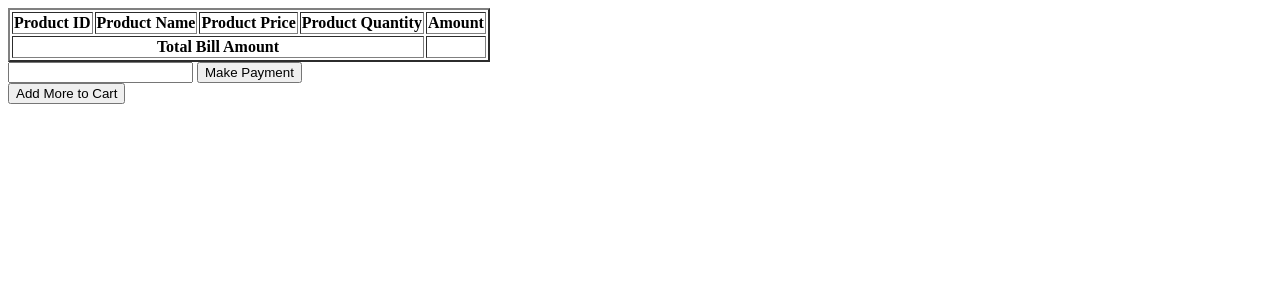
Repository: devgpta19/CDAC-Assignments
Page: http://localhost/ProductsAndUsersUsingJSPAndServlet/ShowCart.jsp
These files come from the project's save history. The page is drawn as it stood at one moment and after the next save; the edit follows.
The browser window is 1280 px wide. The pictures show the whole page.
The page is served by Tomcat 9. The template is opened directly, without the code that normally fills it, so the values that code supplies are empty.

Above is the page before, as saved 2025-11-28 13:19:56.

After the next save:
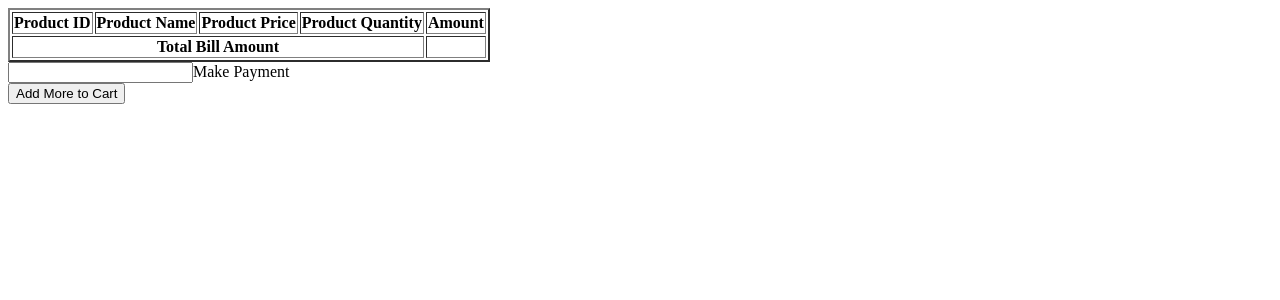
Saved 9 s later.
--- a/Adv.Java/Day6-8/ProductsAndUsersUsingJSPAndServlet/src/main/webapp/ShowCart.jsp
+++ b/Adv.Java/Day6-8/ProductsAndUsersUsingJSPAndServlet/src/main/webapp/ShowCart.jsp
@@ -38,7 +38,7 @@
 			</tr>
 		</table>
 
-		<input>
+		<input type="" name="t />
 
 		<button type="submit" name="btn" id="btn">Make Payment</button>
 	</form>

After the save that followed:
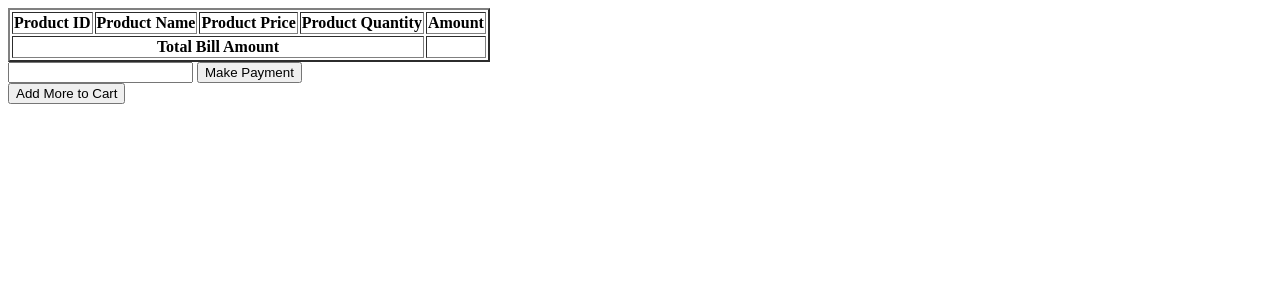
Saved 4 s later.
--- a/Adv.Java/Day6-8/ProductsAndUsersUsingJSPAndServlet/src/main/webapp/ShowCart.jsp
+++ b/Adv.Java/Day6-8/ProductsAndUsersUsingJSPAndServlet/src/main/webapp/ShowCart.jsp
@@ -38,7 +38,7 @@
 			</tr>
 		</table>
 
-		<input type="" name="t />
+		<input type="" name="totalAmt" />
 
 		<button type="submit" name="btn" id="btn">Make Payment</button>
 	</form>
